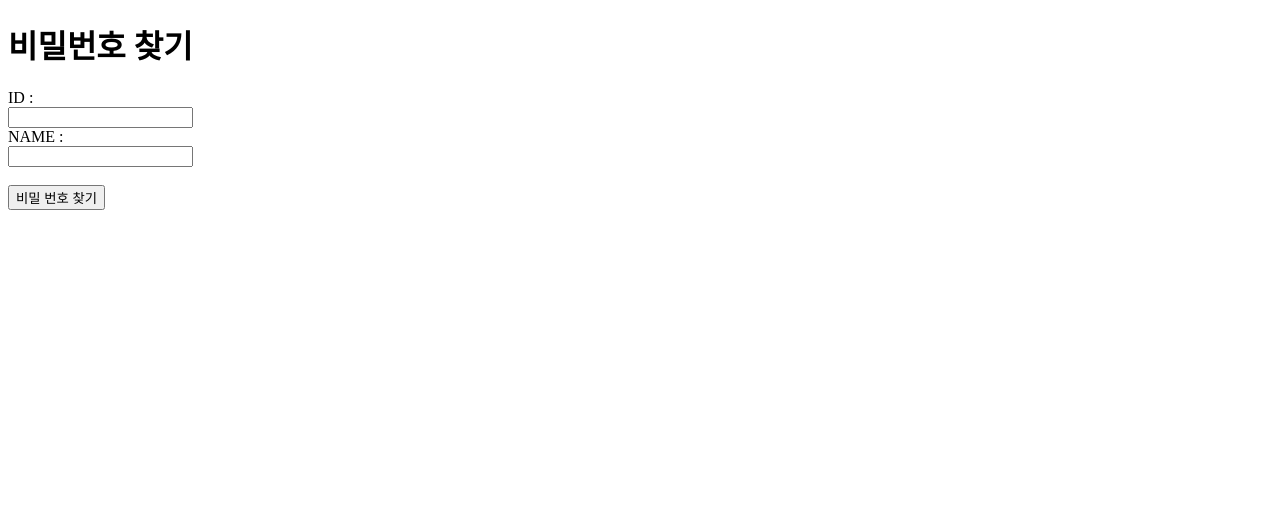
Repository: MeGuuuun/-_TableJava
Page: http://localhost/kimbanbagi/findPW.jsp
These files come from the project's save history. The page is drawn as it stood at one moment and after the next save; the edit follows.
The browser window is 1280 px wide. The pictures show the whole page.
The page is served by Tomcat 10.

Above is the page before, as saved 2024-06-12 07:24:10.

After the next save:
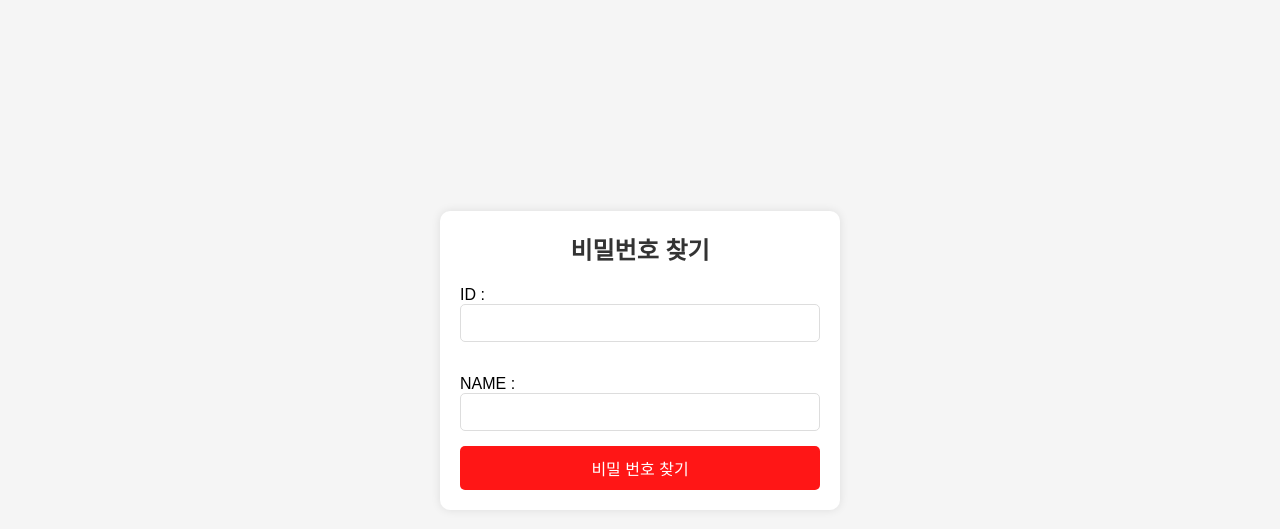
Saved 4 min 17 s later.
--- a/tableJava/kimbanbagi/WebContent/findPW.jsp
+++ b/tableJava/kimbanbagi/WebContent/findPW.jsp
@@ -5,16 +5,22 @@
 <head>
 <meta charset="UTF-8">
 <title>비밀번호 찾기 페이지</title>
+<link rel="stylesheet" href="css/findPW.css">
 </head>
 <body>
-<h1>비밀번호 찾기</h1>
-<form action="findPW" method="post">
-	ID : <br>
-	<input type="text" name="userID" >
-	<br> NAME : <br>
-	<input type="text" name="userName">
-	<br><br>
-	<button type="submit">비밀 번호 찾기</button>
-</form>
+	<div class="container">
+		<h1>비밀번호 찾기</h1>
+		<form action="findPW" method="post">
+			<div class="input-group">
+				ID : <br>
+				<input type="text" name="userID" >
+			</div>
+			<div class="input-group">
+				<br> NAME : <br>
+				<input type="text" name="userName">
+			</div>
+			<input type="submit" value="비밀 번호 찾기" class="submit-btn"></button>
+		</form>
+	</div>
 </body>
 </html>
